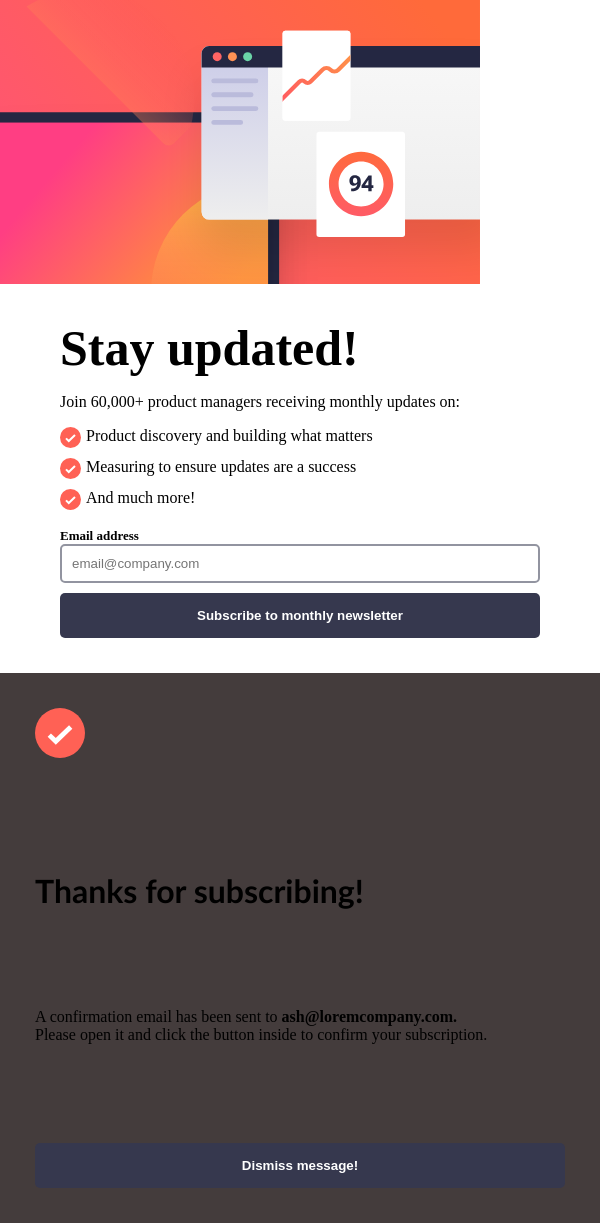
Repository: Celebration-cloud/Newsletter
Page: index.html
An editor plug-in stored every save of this project. The page is shown before and after a run of saves, followed by the edit.
The browser window is 600 px wide. The pictures show the whole page.

Above is the page before, as saved 2023-07-19 23:52:46.

### index.html
<!DOCTYPE html>
<html lang="en">
<head>
  <meta charset="UTF-8">
  <meta name="viewport" content="width=device-width, initial-scale=1.0"> <!-- displays site properly based on user's device -->

  <link rel="icon" type="image/png" sizes="32x32" href="./assets/images/favicon-32x32.png">
  <link rel="stylesheet" href="index.css">

  <title>Frontend Mentor | Newsletter sign-up form with success message</title>

  <!-- Feel free to remove these styles or customise in your own stylesheet 👍 -->
  <style>
    .attribution { font-size: 11px; text-align: center; }
    .attribution a { color: hsl(228, 45%, 44%); }
  </style>
</head>
<body>

  <!-- Sign-up form start -->
  <div id="container">
    <div id="home-page">
      <h2 id="news">Stay updated!</h2>
      <p id="content">Join 60,000+ product managers receiving monthly updates on:</p>
      <ul id="features">
        <li>
          <img id="list-icon" src="./assets/images/icon-list.svg" alt="" srcset="">
          <p>Product discovery and building what matters</p>
        </li>
        <li>
          <img id="list-icon" src="./assets/images/icon-list.svg" alt="" srcset="">
          <p>Measuring to ensure updates are a success</p>
        </li>
        <li>
          <img id="list-icon" src="./assets/images/icon-list.svg" alt="" srcset="">
          <p>And much more!</p>
        </li>
      </ul>
      <form action="email">
        <label for="email">Email address</label><br>
        <input type="email" name="email" required placeholder="email@company.com" id="email"><br>
        <button id="subscribe-btn" type="submit">Subscribe to monthly newsletter</button>
      </form>
    </div>
    <div id="sign-up"></div>
  </div>
  <script type="module" src="index.js"></script>


  <!-- Sign-up form end -->

  <!-- Success message start -->
  <div id="success">
    <img id="signed-icon" src="./assets/images/icon-list.svg" alt="" srcset="">
    <h2>Thanks for subscribing!</h2>
    <p>A confirmation email has been sent to <b>ash@loremcompany.com.</b> <br>
    Please open it and click the button inside to confirm your subscription.</p>
    <button type="reset" id="dismiss">Dismiss message!</button>
  </div>

<!--
  <div class="attribution">
    Challenge by <a href="https://www.frontendmentor.io?ref=challenge" target="_blank">Frontend Mentor</a>.
    Coded by <a href="#">Your Name Here</a>.
  </div> -->
</body>
</html>

### index.css
html, body{
    padding: 0;
    margin: 20px;
    box-sizing: border-box;
    background-color: hsl(234, 29%, 20%);
    -webkit-user-select: none;
    user-select: none;
    display: flex;
    justify-content: center;

}

#container{
    background-color: white;
    display: flex;
    flex-wrap: wrap;
    justify-content: space-between;
    padding: 15px;
    column-gap: 10px;
    margin: 0;
    border-radius: 15px;
}

#sign-up{
    background-image: url(./assets/images/illustration-sign-up-desktop.svg);
    background-repeat: no-repeat;
    background-size: cover;
    width: 305px;
    height: 450px;
}

#home-page{
    width: 50%;
    margin: auto;
}

ul{
    list-style-type: none;
    padding: 0;
    display: flex;
    flex-direction: column;
    gap: 10px;
}

li{
    display: flex;
    margin: 0;
    padding: 0;
}

li p {
    margin: 0;
    padding-left: 5px;
    align-self: flex-start;
}

#list-icon{
    padding: 0;
    margin: 0;
    align-self: flex-start;
}

#news{
    font-size: 312.5%;
    padding: 0;
    margin: 0;
}



label{
    font-size: 13px;
    font-weight: bolder;
}

input{
    width: 100%;
    padding: 10px;
    box-sizing: border-box;
    border-radius: 5px;
    margin-bottom: 10px;
    border: 2px solid hsl(231, 7%, 60%);
}

button{
    width: 100%;
    padding: 15px;
    box-sizing: border-box;
    border-radius: 5px;
    border: none;
    color: white;
    font-weight: bolder;
    background-color: hsl(235, 18%, 26%);
}

#success{
    background-color: rgb(68, 60, 60);
}

@media (max-width: 741px) {
    html, body{
        padding: 0;
        margin: 0;
        display: inline;
    }
    #container{
        background-color: white;
        display: flex;
        flex-wrap: wrap;
        flex-direction: column-reverse;
        margin: 0;
        padding: 0;
        border-radius: none;
        border-radius: 0;
    }
    #home-page{
        margin: auto;
        width: 80%;
        padding: 35px;
    }
    #sign-up{
        background-image: url(./assets/images/illustration-sign-up-mobile.svg);
        background-repeat: no-repeat;
        background-size: cover;
        width: 80%;
        height: 284px;
    }
    #success{
        margin: auto;
        width: 100%;
        padding: 35px;
        height: 550px;
        box-sizing: border-box;
        display: flex;
        flex-direction: column;
        justify-content: space-between;
    }
    #success img{
        width: 50px;
        margin-bottom: 30px;
    }
    #success h2{
        font-weight: bolder;
        margin: 0;
        font-size: xx-large;
        font-family: 'Gill Sans', 'Gill Sans MT', Calibri, 'Trebuchet MS', sans-serif;
    }
    #success p{
        font-weight: light;
    }


}

### index.js
// import { initializeApp } from "https://www.gstatic.com/firebasejs/9.15.0/firebase-app.js"
// import { getDatabase, ref, push, onValue } from "https://www.gstatic.com/firebasejs/9.15.0/firebase-database.js"

// let appSettings = {
//     "databaseUrl": " https://playground-51efb-default-rtdb.europe-west1.firebasedatabase.app/ "
// }

// const app = initializeApp(appSettings)
// const database = getDatabase(app)
// const newsLetterDb = ref(database, "newsLetterDb")

const emailEL = document.getElementById("email")
const inputEL = document.getElementById("subscribe-btn")
const container = document.getElementById("container")
const dismiss = document.getElementById("dismiss")

function successful() {
    let successful = `
        <div id="success">
            <img id="signed-icon" src="./assets/images/icon-list.svg" alt="" srcset="">
            <h2>Thanks for subscribing!</h2>
            <p>A confirmation email has been sent to ash@loremcompany.com. <br>
            Please open it and click the button inside to confirm your subscription.</p>
            <button type="reset" id="dismiss">Dismiss message!</button>
        </div>
    `
    container.innerHTML = successful
    // dismiss()
}

inputEL.addEventListener("click", function() {
    // let inputValue = emailEL.value
    // inputEL = inputValue
    // push( newsLetterDb, inputEL)
    successful()
})

// function dismiss() {
//      let content = `

//      `

// }
// dismiss.addEventListener("click", function() {
//     dismiss()
// })

After the next 2 saves:
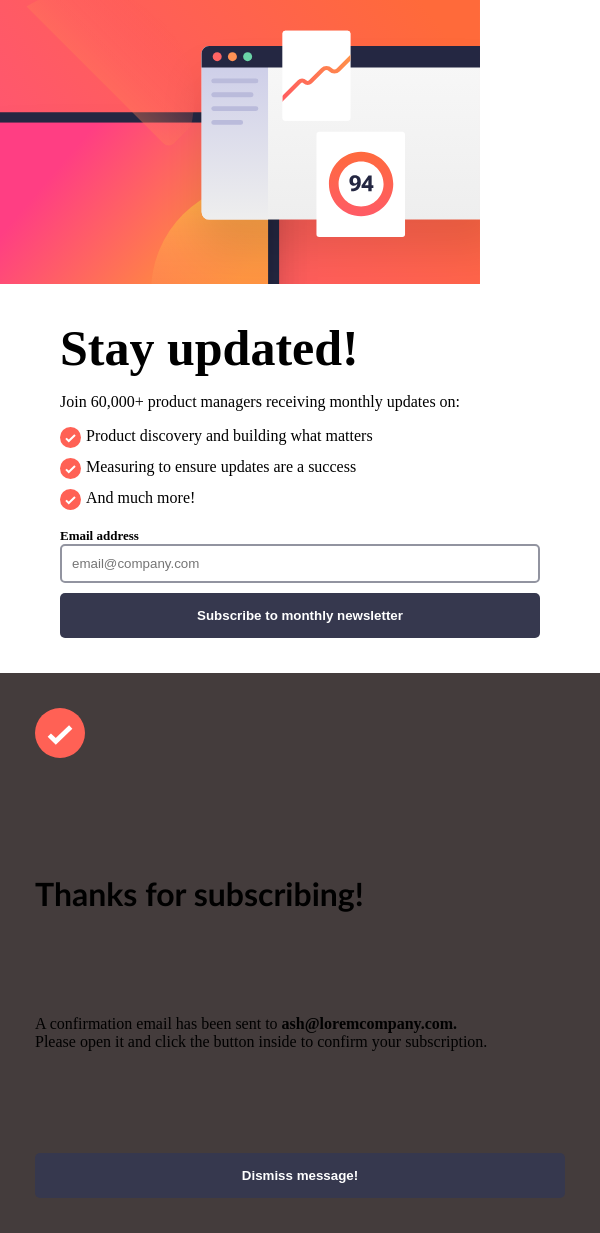
The 2 saves are shown as one change because they came seconds apart.
The last was saved 6 s later.
--- a/index.css
+++ b/index.css
@@ -129,7 +129,7 @@ button{
         margin: auto;
         width: 100%;
         padding: 35px;
-        height: 550px;
+        height: 560px;
         box-sizing: border-box;
         display: flex;
         flex-direction: column;
